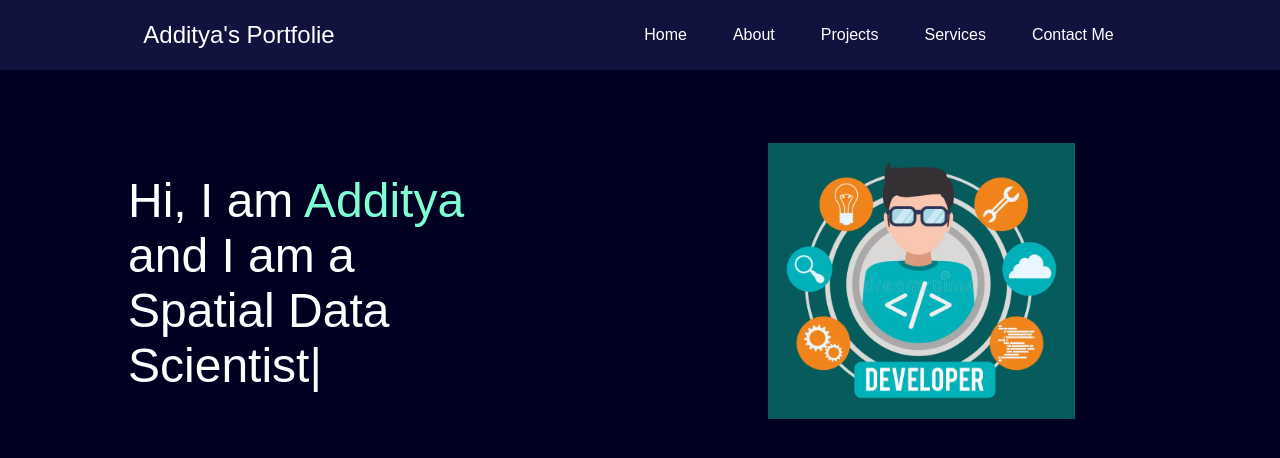
Repository: VictoriousMango/Portfolio
Page: index.html
These files come from the project's save history. The page is drawn as it stood at one moment and after the next save; the edit follows.
The browser window is 1280 px wide. The pictures show the whole page.

Above is the page before, as saved 2023-08-27 09:48:39.

After the next save:
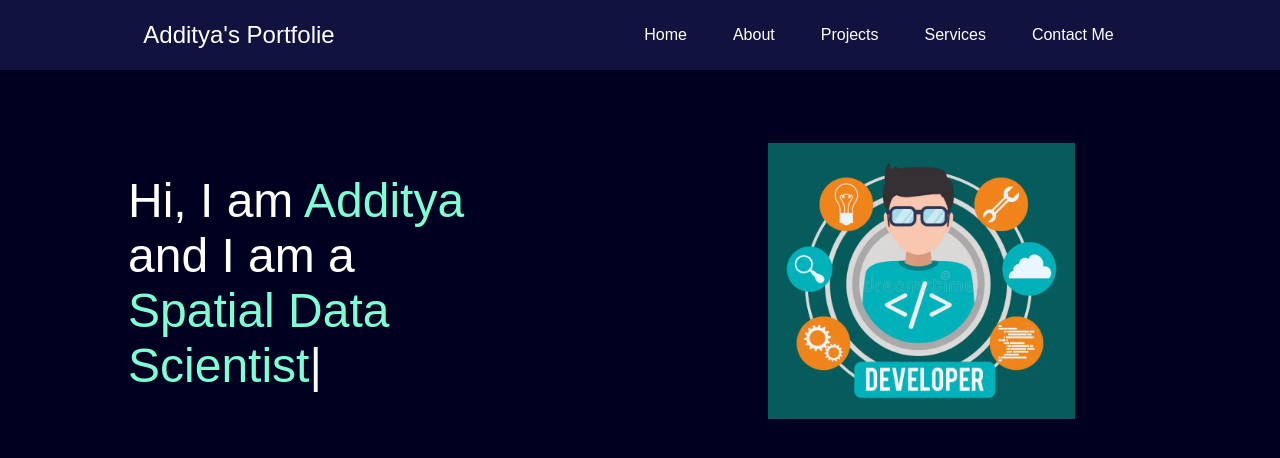
Saved 58 s later.
--- a/index.html
+++ b/index.html
@@ -75,6 +75,9 @@
         .purple {
             color: aquamarine;
         }
+        #element{
+            color: aquamarine;
+        }
     </style>
 </head>
 
